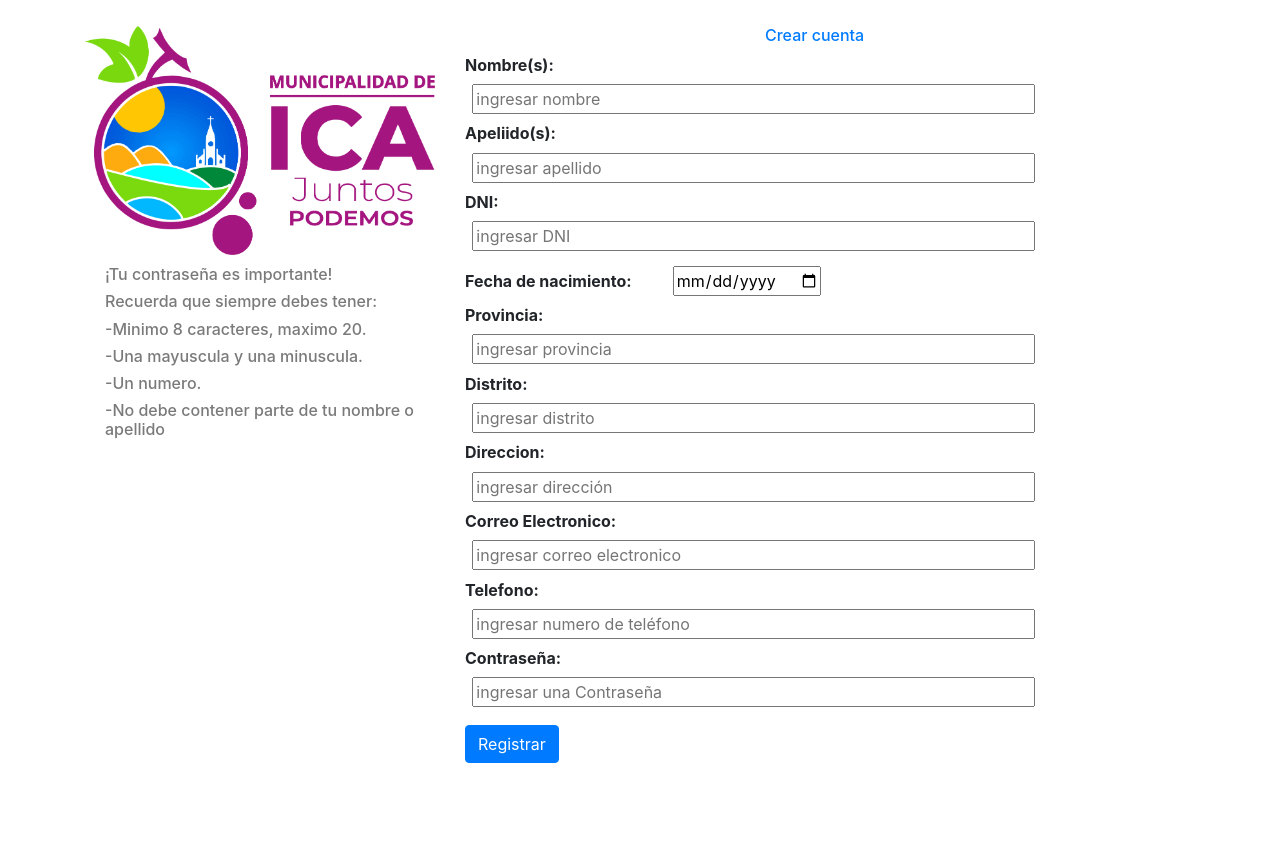
Repository: Diegocorreaq/denuncias_MUNIICA
Page: http://localhost/Municipalidad_Provincial_de_ICA-Navegable/crearCuenta.jsp
An editor plug-in stored every save of this project. The page is shown before and after the next save, followed by the edit.
The browser window is 1280 px wide. The pictures show the whole page.
The page is served by Tomcat 9. The template is opened directly, without the code that normally fills it, so the values that code supplies are empty.

Above is the page before, as saved 2021-10-05 08:34:23.

After the next save:
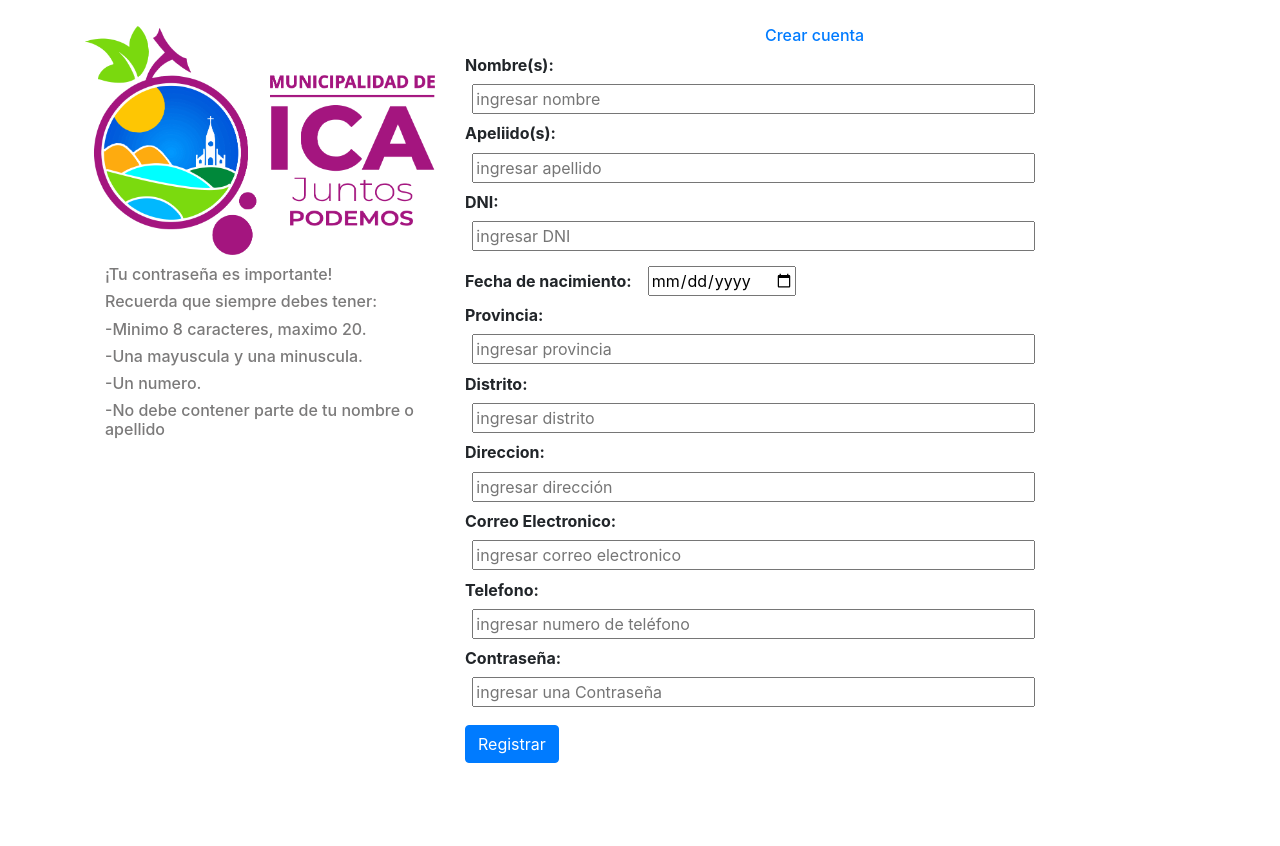
Saved 7 s later.
--- a/Municipalidad_Provincial de ICA-Navegable/WebContent/crearCuenta.jsp
+++ b/Municipalidad_Provincial de ICA-Navegable/WebContent/crearCuenta.jsp
@@ -45,7 +45,7 @@
 						<span style="font-weight: bold; margin-right: 121px">DNI: </span>
 						<input type="text" size="50" placeholder="ingresar DNI" name="DNI" style="margin:1%">
 						<br>
-						<span style="font-weight: bold; margin-right: 30px">Fecha de nacimiento: </span>
+						<span style="font-weight: bold; margin-right: 5px">Fecha de nacimiento: </span>
 						<input type="date" size="50" placeholder="YYYY/MM/DD" name="fecnacimiento" style="margin: 1%">
 						<br>
 						<span style="font-weight: bold; margin-right: 80px">Provincia: </span>
